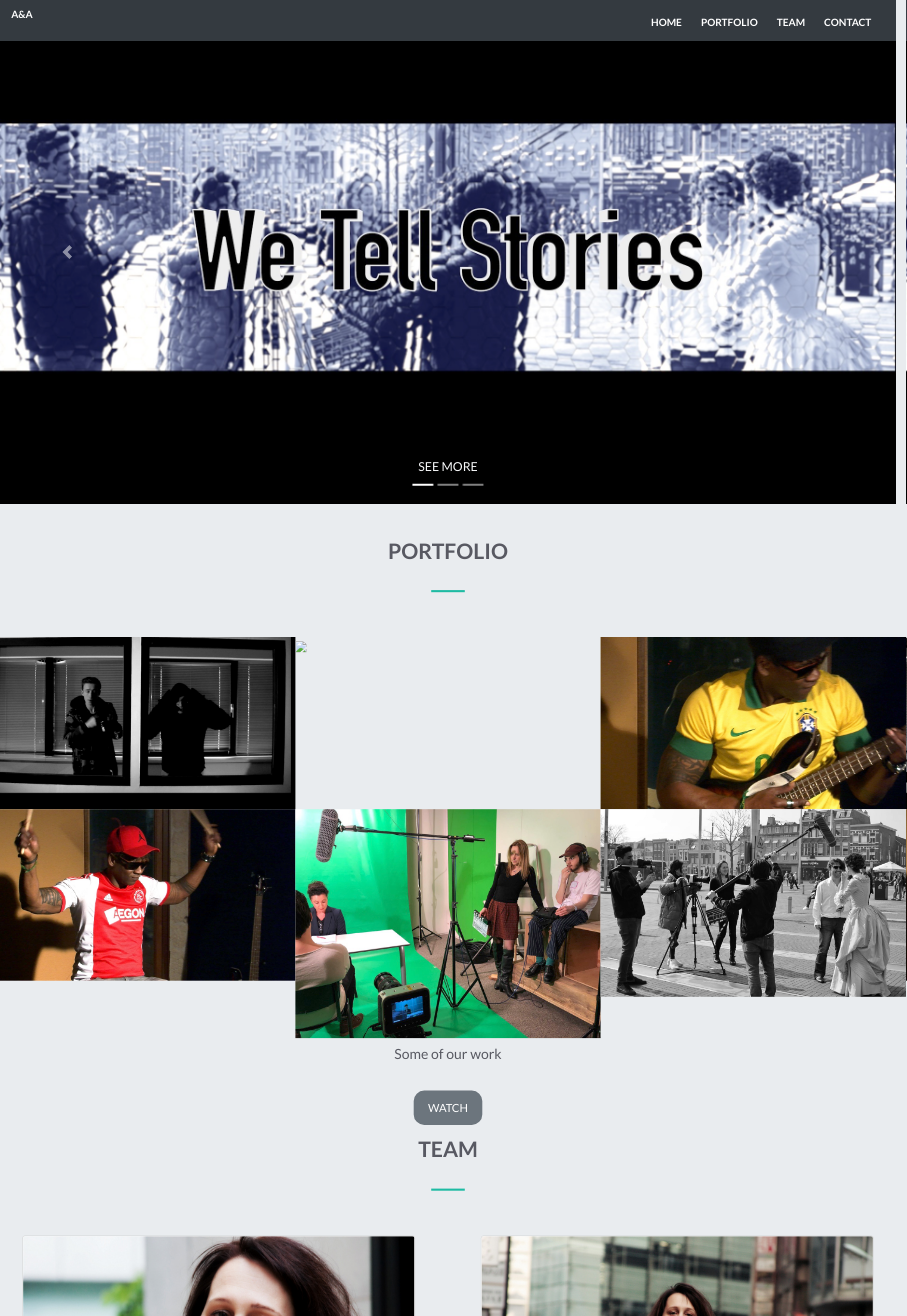
Repository: amorawskanew/My-first-website1
Page: index.html
The author's editor kept a record of every edit. The page is drawn from the files as they stood at one moment, then again after the next edit.
The browser window is 1280 px wide. The page is 1295 px wide, so the pictures cover 1295 px, including what lies to the right of the window. The pictures show the part of the page from y = 0 to 1880 px (the page is 2649 px tall), at 70% of full size.
Some web fonts or font styles are not loaded; a fallback is used. Some web libraries are served in a nearby version.

Above is the page before.
Not found: img/W.moodboard:one step.pdf

After the next edit:
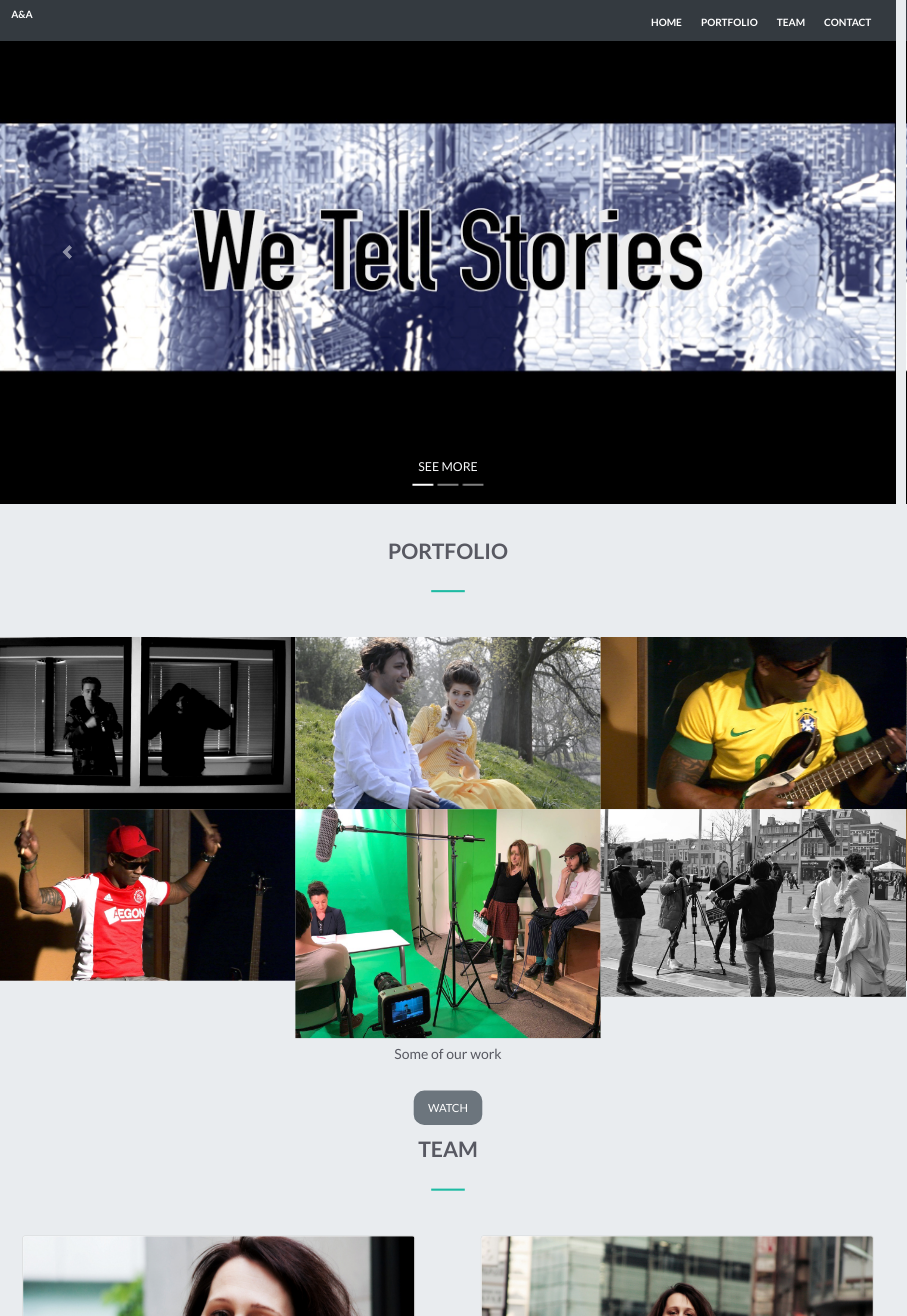
The edit:
--- a/index.html
+++ b/index.html
@@ -118,8 +118,8 @@
 
     <div class="col-sm-4">
       <div class="portfolio>">
-        <a href="img/W.moodboard:one step.pdf" target="_blank">
-          <img src="img/W.moodboard:one step.pdf">
+        <a href="img/W.Holoream.jpg" target="_blank">
+          <img src="img/W.Holoream.jpg">
           </a>
       </div>
     </div>
